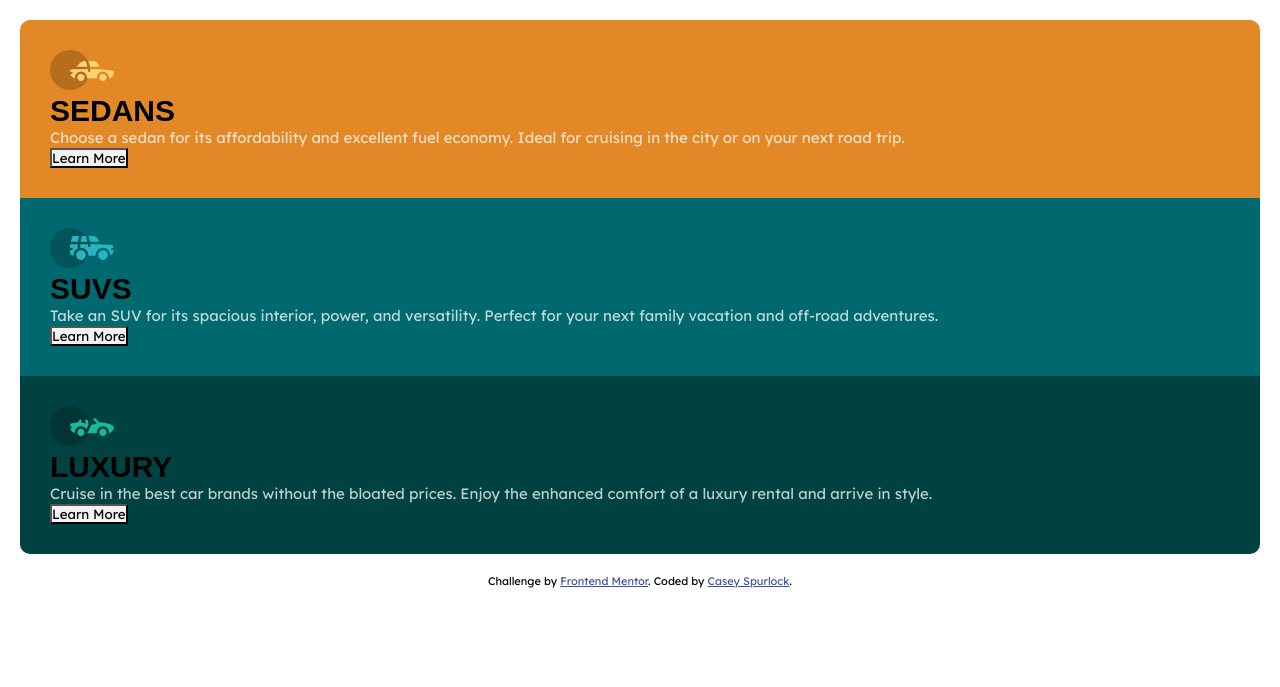
Repository: CaseySpurlock/3-column-preview-card-component-main
Page: index.html
These files come from the project's save history. The page is drawn as it stood at one moment and after the next save; the edit follows.
The browser window is 1280 px wide. The pictures show the whole page.

Above is the page before, as saved 2021-06-23 10:35:54.

After the next save:
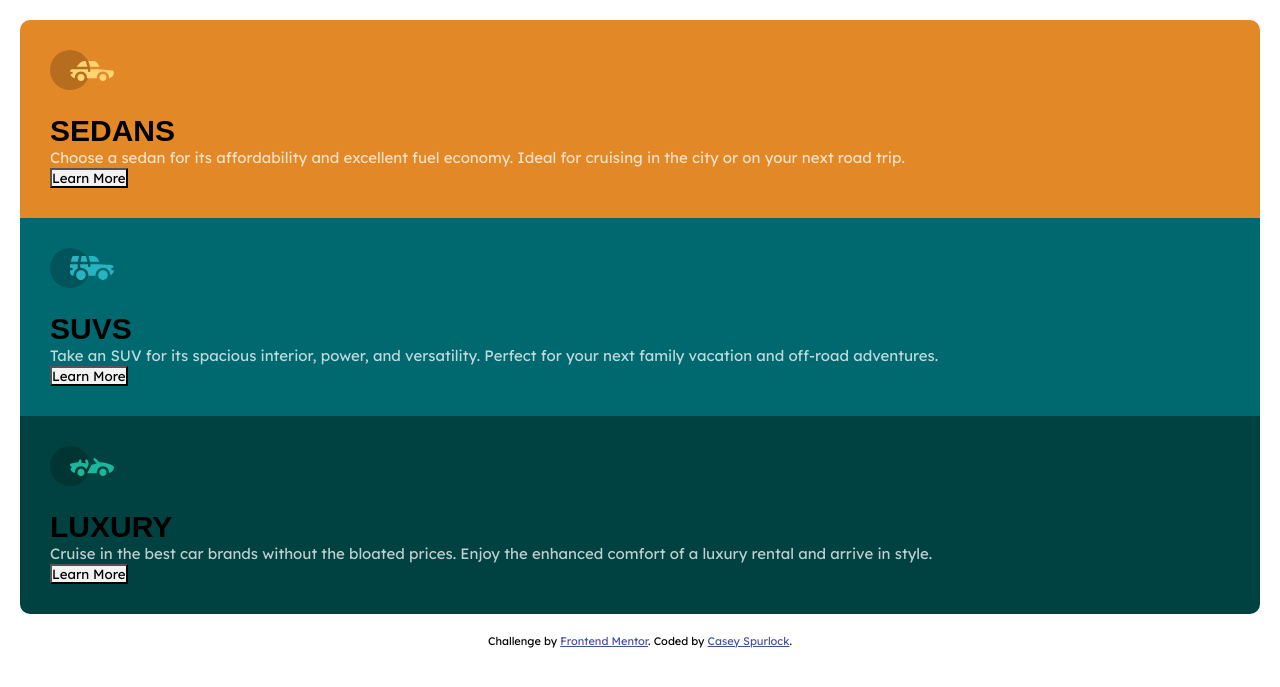
Saved 36 s later.
--- a/style.css
+++ b/style.css
@@ -42,6 +42,10 @@
 
 }
 
+.card img {
+    margin-bottom: 20px;
+}
+
 .btn {
     background-color: hsl(0, 0%, 95%);
 }
